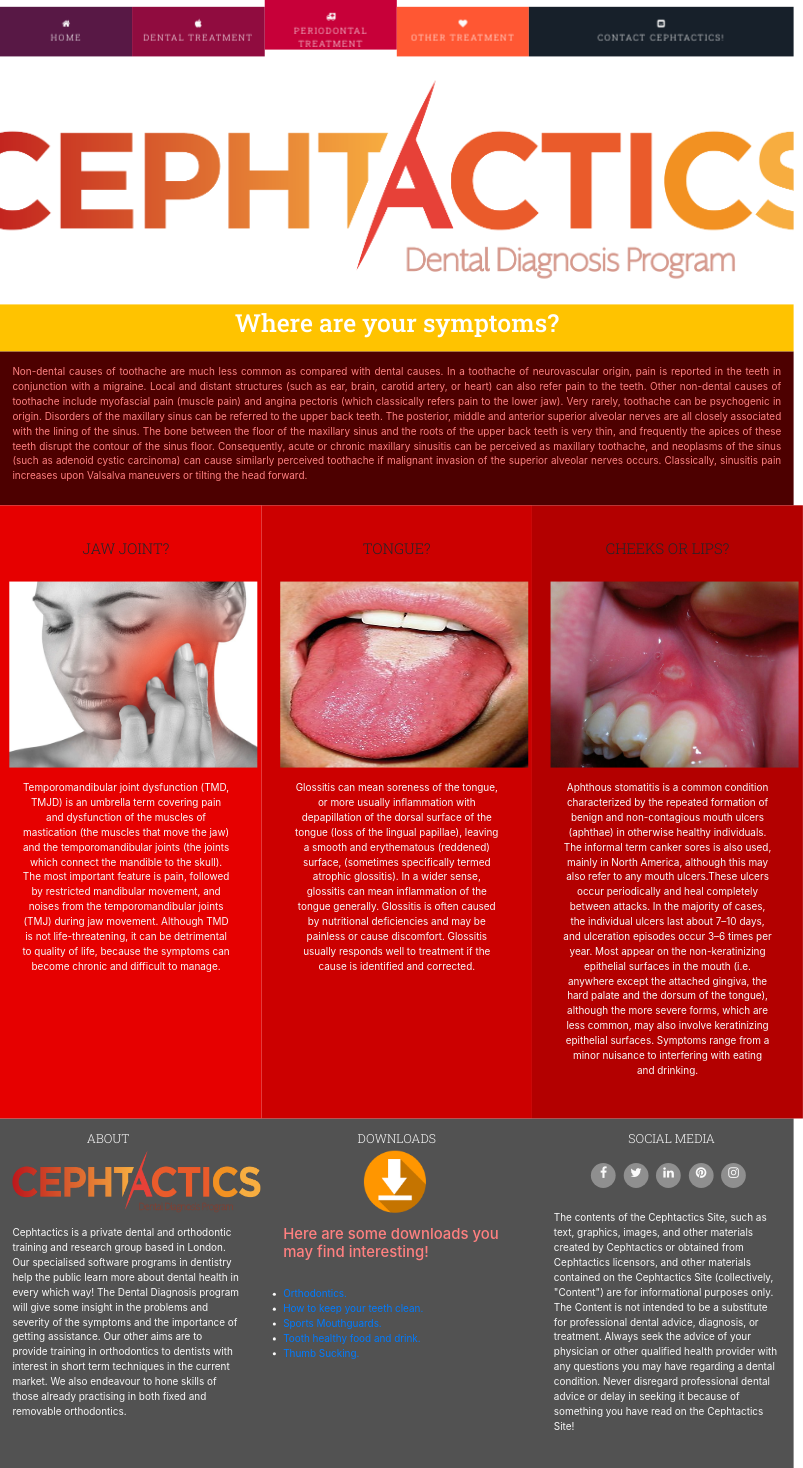
Repository: Code-Institute-Submissions/Rajjabbal-milestone-project
Page: 3other.html
The author's editor kept a record of every edit. The page is drawn from the files as they stood at one moment, then again after the next edit.
The browser window is 1280 px wide. The page is 1295 px wide, so the pictures cover 1295 px, including what lies to the right of the window. The pictures show the whole page, at 62% of full size.
Some web libraries are served in a nearby version.

Above is the page before.

After the next edit:
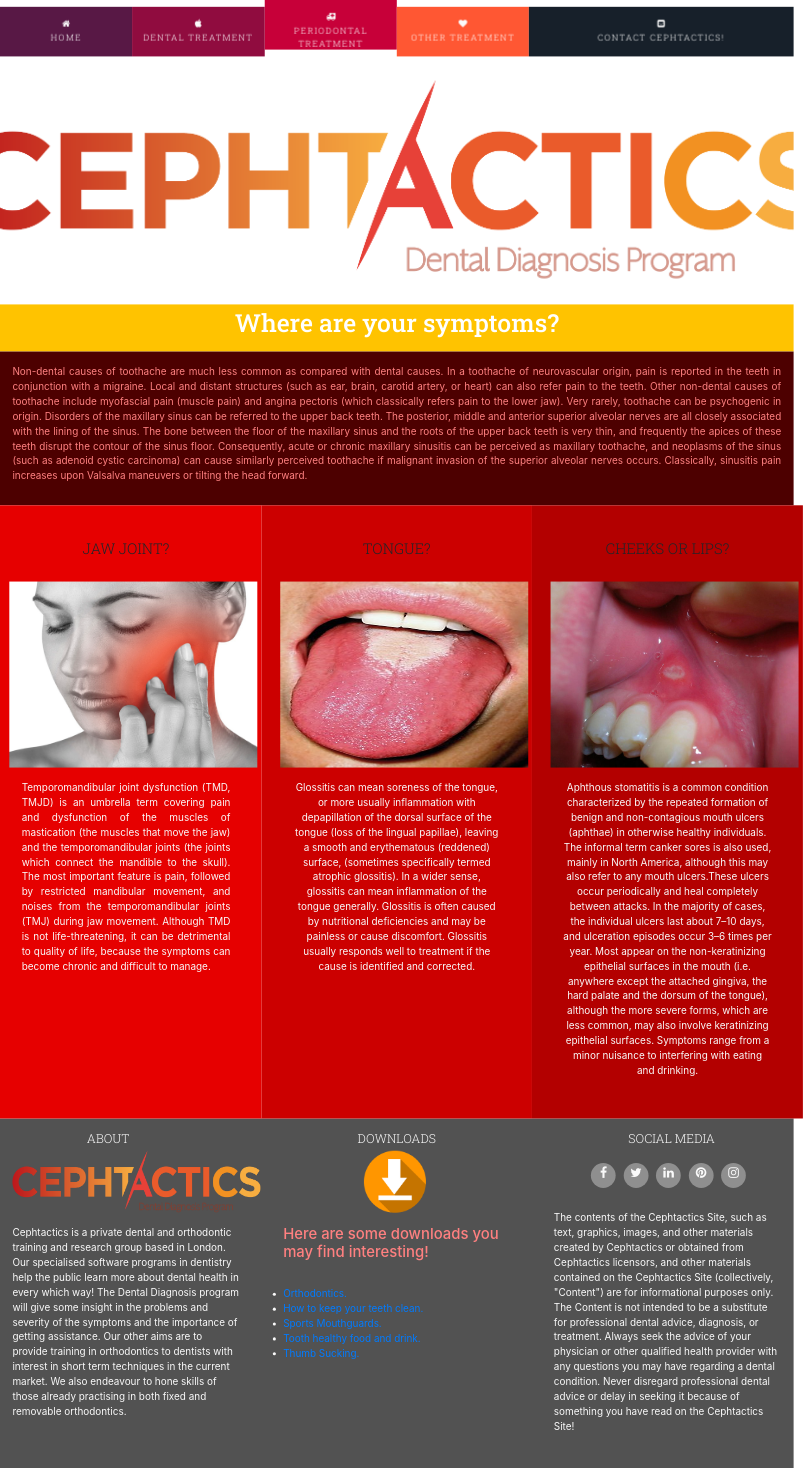
The edit:
--- a/3other.html
+++ b/3other.html
@@ -66,7 +66,7 @@
             <div class="col-md-4 bg-color-dental section-column">
                 <h4 class="section-heading uppercase">Jaw Joint?</h4>
                 <img src="./assets/images/4other1.jpg" alt="Italian Trulli" style="width:400px; height:300px;">
-                <p class="inline-block">Temporomandibular joint dysfunction (TMD, TMJD) is an umbrella term covering pain and dysfunction of the muscles of mastication (the muscles that move the jaw) and the temporomandibular joints (the joints which connect the mandible to
+                <p class="inline-block" align="justify">Temporomandibular joint dysfunction (TMD, TMJD) is an umbrella term covering pain and dysfunction of the muscles of mastication (the muscles that move the jaw) and the temporomandibular joints (the joints which connect the mandible to
                     the skull). The most important feature is pain, followed by restricted mandibular movement, and noises from the temporomandibular joints (TMJ) during jaw movement. Although TMD is not life-threatening, it can be detrimental to quality
                     of life, because the symptoms can become chronic and difficult to manage.</p>
             </div>
